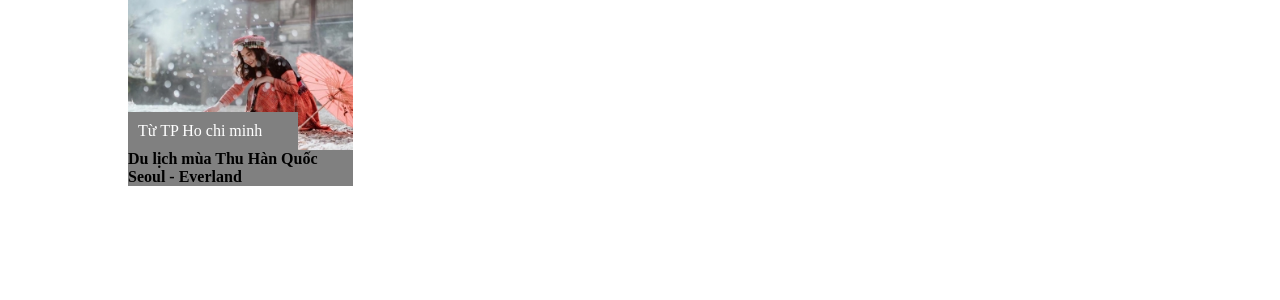
Repository: hoang71299/fe_26
Page: buoi 6/2.html
An editor plug-in stored every save of this project. The page is shown before and after the next save, followed by the edit.
The browser window is 1280 px wide. The pictures show the whole page.

Above is the page before, as saved 2022-08-30 16:18:44.

### buoi 6/2.html
<!DOCTYPE html>
<html lang="en">
<head>
    <meta charset="UTF-8">
    <meta http-equiv="X-UA-Compatible" content="IE=edge">
    <meta name="viewport" content="width=device-width, initial-scale=1.0">
    <title>Document</title>
    <link rel="stylesheet" href="./2.css">
</head>
<body>
    <div class="product">
        <div class="box">
            <a href="" class="top">
                <div class="content">
                    <img src="./image/dubai.jdg.jpg" alt="" class="hinhsp">
                    <div class="bg"></div>
                    <div class="text">
                        Du lịch mùa Thu Hàn Quốc Seoul - Everland - Đảo Nami - Tháp Namsan từ Sài Gòn 2022. Hàn Quốc là một đất nước mang đậm màu sắc của văn hóa phương Đông
                    </div>
                    <div class="diadiem">
                        Từ TP Ho chi minh
                    </div>
                </div>
                <div class="tieude">
                    Du lịch mùa Thu Hàn Quốc Seoul - Everland
                </div>
            </a>
            <div class="bottom"></div>
        </div>
    </div>
</body>
</html>

### buoi 6/2.css
*{
    margin: 0;
    padding: 0;
    text-decoration: none;
}
html,body{
    width: 100%;
    height: 100%;
}
.product{
    width: 80%;
    height: auto;
    margin: auto;
}
.box{
    width: 22%;
    height: auto;
}
.top{
    width: 100%;
    display: inline-block;
    text-decoration: none;
}
.top .content{
    width: 100%;
    height: 150px;
    position: relative;
    overflow: hidden;
}
.top .content .hinhsp{
    width: 100%;
    height: 100%;
    object-fit: cover;
}
.bg{
    width: 100%;
    height: 100%;
    background-color: rgba(0, 0, 0, 0.269);
    position: absolute;
    top: 0;
    opacity: 0;
}
.content:hover .bg{
    opacity: 1;
    transition: 0.3s linear;
}
.text{
    color: white;
    position: absolute;
    top: 0px;
    padding: 10px;
    opacity: 0;
}
.content:hover .text{
    opacity: 1;
    transition: 0.3s ease-in;
}
.diadiem{
    position: absolute;
    bottom: 0;
    color: white;
    width: 150px;
    background-color: gray;
    padding: 10px;
}
.content:hover .diadiem{
    bottom: -50px;
    transition: 0.3s linear;
}
.tieude{
    color: #000;
    font-weight: bold;
    background-color: gray;
}

After the next save:
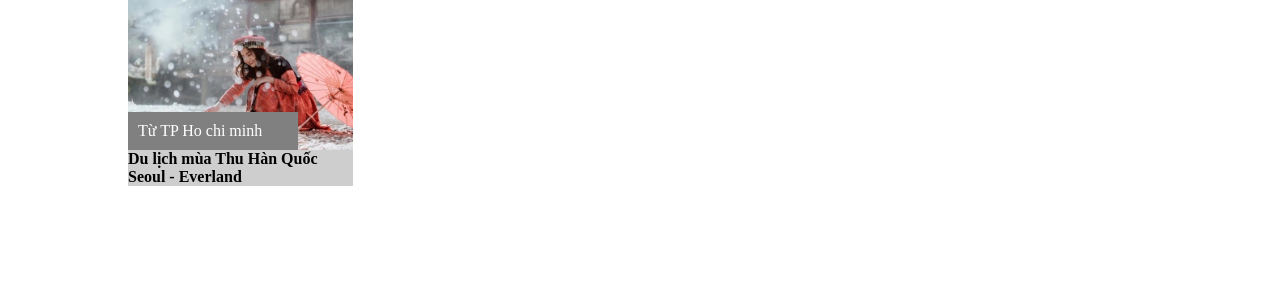
Saved 11 s later.
--- a/buoi 6/2.css
+++ b/buoi 6/2.css
@@ -70,5 +70,5 @@ html,body{
 .tieude{
     color: #000;
     font-weight: bold;
-    background-color: gray;
+    background-color: rgba(128, 128, 128, 0.387);
 }
